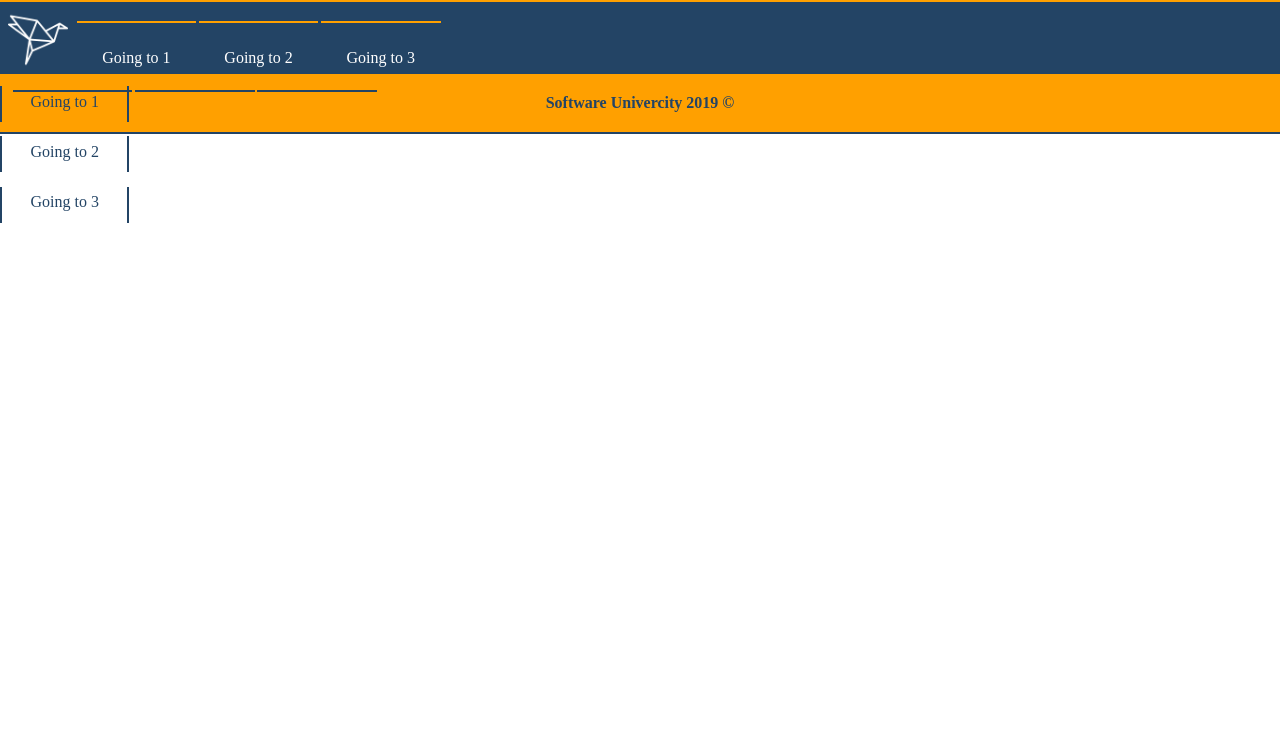
Repository: vsterev/origami
Page: /
An editor plug-in stored every save of this project. The page is shown before and after the next save, followed by the edit.
The browser window is 1280 px wide. The pictures show the whole page.
The project was rebuilt for these pictures with package versions that can differ from the ones it lists, and the page was loaded fresh each time. Imported but missing from the stored project, and not drawn on this page: src/components/main/react.

Above is the page before, as saved 2020-07-12 15:28:17.

After the next save:
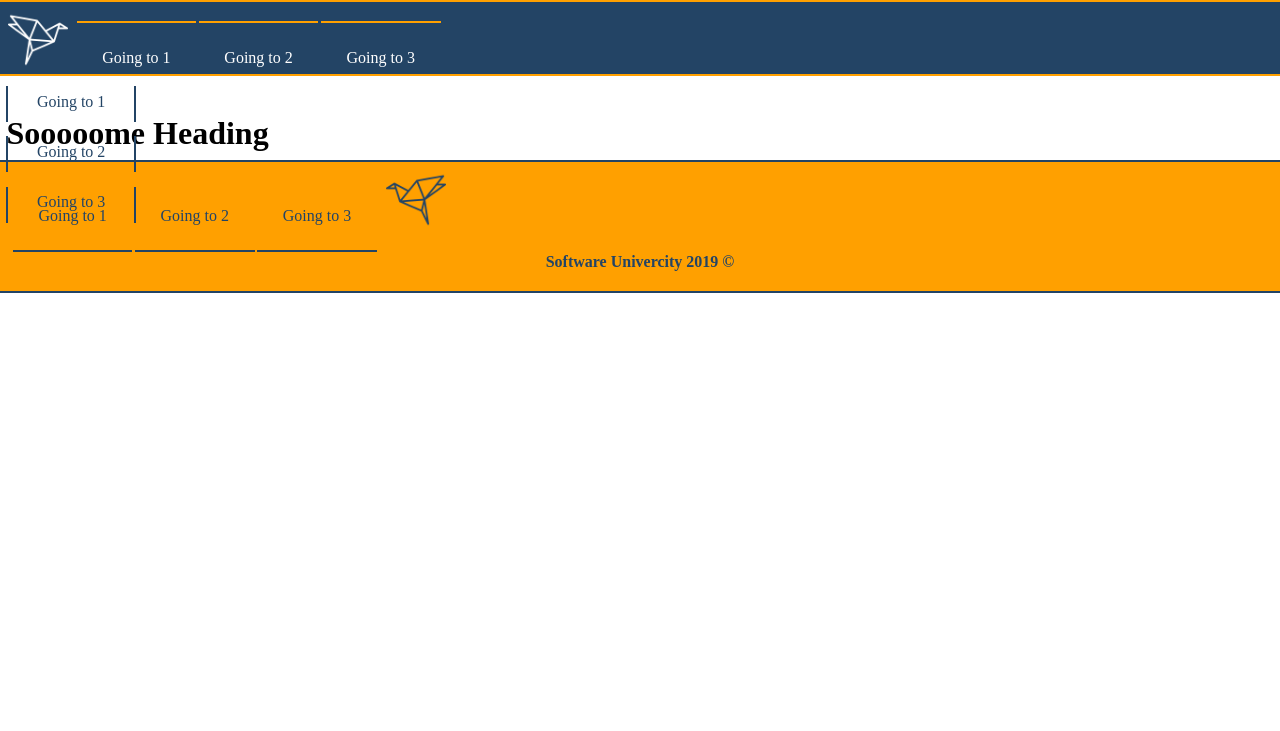
Saved 28 s later.
--- a/src/App.js
+++ b/src/App.js
@@ -1,13 +1,13 @@
 import React from 'react';
 import './App.css';
 import Header from './components/header'
-import Menu from './components/menu'
+import Main from './components/main'
 import Footer from './components/footer'
 function App() {
   return (
     <div className="App">
       <Header />
-      <Menu />
+      <Main />
       <Footer />
     </div>
   );
